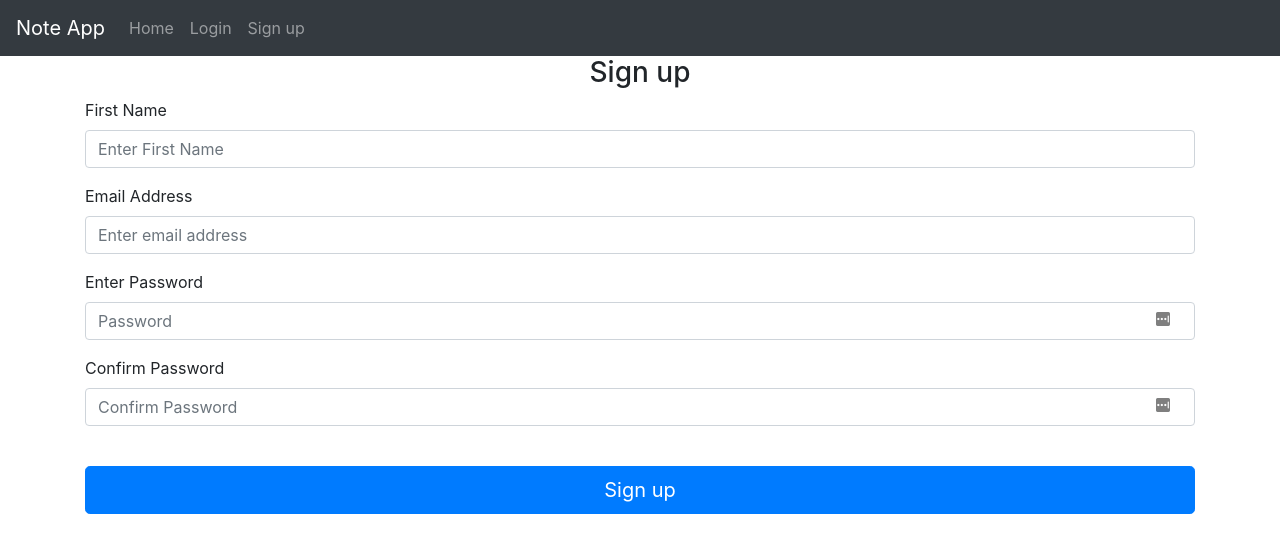
Repository: Anas-Alhariri/Python-NoteWebApplication
Page: website/templates/sign_up.html
An editor plug-in stored every save of this project. The page is shown before and after the next save, followed by the edit.
The browser window is 1280 px wide. The pictures show the whole page.
The template is drawn by Flask 3. The application's start-up code is not run. Other server files are loaded and not shown. The template is opened directly, without the code that normally fills it, so the values that code supplies are empty.

Above is the page before, as saved 2021-06-12 22:20:31.

### website/templates/sign_up.html
{% extends 'base.html' %}
{% block title %}Sign up Page
{% endblock %}
{% block content %}
    <from method="POST">
        <h3 align="center">Sign up</h3>
        <div class="form-group">
            <label for="firstName">First Name</label>
            <input type="text" id="firstName" class="form-control" name="firstName" placeholder="Enter First Name">
        </div>

        <div class="form-group">
            <label for="email">Email Address</label>
            <input type="email" id="email" class="form-control" name="email" placeholder="Enter email address">
        </div>

        <div class="form-group">
            <label for="password1">Enter Password</label>
            <label for="inputPassword" class="sr-only">Password</label>
            <input name="password1" type="password" id="inputPassword2" class="form-control" placeholder="Password" required="" autocomplete="off" style="background-image: url(&quot;data:[embedded picture, 452 characters]); background-repeat: no-repeat; background-attachment: scroll; background-size: 16px 18px; background-position: 98% 50%; cursor: pointer;">

        </div>
        <div class="form-group">
            <label for="password2">Confirm Password</label>
            <label for="inputPassword" class="sr-only">Password</label>
            <input name="password2" type="password" id="inputPassword2" class="form-control" placeholder="Confirm Password" required="" autocomplete="off" style="background-image: url(&quot;data:[embedded picture, 452 characters]); background-repeat: no-repeat; background-attachment: scroll; background-size: 16px 18px; background-position: 98% 50%; cursor: pointer;">

        </div>
        <br>
        <button class="btn btn-lg btn-primary btn-block" type="submit">Sign up</button>

    </form>


{% endblock %}

### website/templates/base.html
<!doctype html>
<html lang="en">
<head>
    <!-- Required meta tags -->
    <meta charset="utf-8">
    <meta name="viewport" content="width=device-width, initial-scale=1, shrink-to-fit=no">

    <!-- Bootstrap CSS -->
    <link rel="stylesheet" href="https://stackpath.bootstrapcdn.com/bootstrap/4.4.1/css/bootstrap.min.css" integrity="sha384-Vkoo8x4CGsO3+Hhxv8T/Q5PaXtkKtu6ug5TOeNV6gBiFeWPGFN9MuhOf23Q9Ifjh" crossorigin="anonymous">

    <title>{% block title %}Title Placeholder{% endblock %}</title>
</head>
<body>

    <!-- Navbar -->
    <nav class="navbar navbar-expand navbar-dark bg-dark">
        <a class="navbar-brand" href="http://127.0.0.1:5000/">Note App</a>
        <button class="navbar-toggler" type="button" data-toggle="collapse" data-target="#navbarsExample02" aria-controls="navbarsExample02" aria-expanded="false" aria-label="Toggle navigation">
            <span class="navbar-toggler-icon"></span>
        </button>

        <div class="collapse navbar-collapse" id="navbarsExample02">
            <ul class="navbar-nav mr-auto">
                <li class="nav-item">
                    <a class="nav-link" href="http://127.0.0.1:5000/">Home</a>
                </li>
                <li class="nav-item">
                    <a class="nav-link" href="http://127.0.0.1:5000/login">Login</a>
                </li>
                <li class="nav-item">
                    <a class="nav-link" href="http://127.0.0.1:5000/sign-up">Sign up</a>
                </li>
            </ul>
        </div>
    </nav>

    <div class="container">
        {% block content %}<h1>Content Placeholder</h1>{% endblock %}
    </div>
    <!-- Optional JavaScript -->
    <!-- jQuery first, then Popper.js, then Bootstrap JS -->
    <script src="https://code.jquery.com/jquery-3.4.1.slim.min.js" integrity="sha384-J6qa4849blE2+poT4WnyKhv5vZF5SrPo0iEjwBvKU7imGFAV0wwj1yYfoRSJoZ+n" crossorigin="anonymous"></script>
    <script src="https://cdn.jsdelivr.net/npm/popper.js@1.16.0/dist/umd/popper.min.js" integrity="sha384-Q6E9RHvbIyZFJoft+2mJbHaEWldlvI9IOYy5n3zV9zzTtmI3UksdQRVvoxMfooAo" crossorigin="anonymous"></script>
    <script src="https://stackpath.bootstrapcdn.com/bootstrap/4.4.1/js/bootstrap.min.js" integrity="sha384-wfSDF2E50Y2D1uUdj0O3uMBJnjuUD4Ih7YwaYd1iqfktj0Uod8GCExl3Og8ifwB6" crossorigin="anonymous"></script>
</body>
</html>

After the next save:
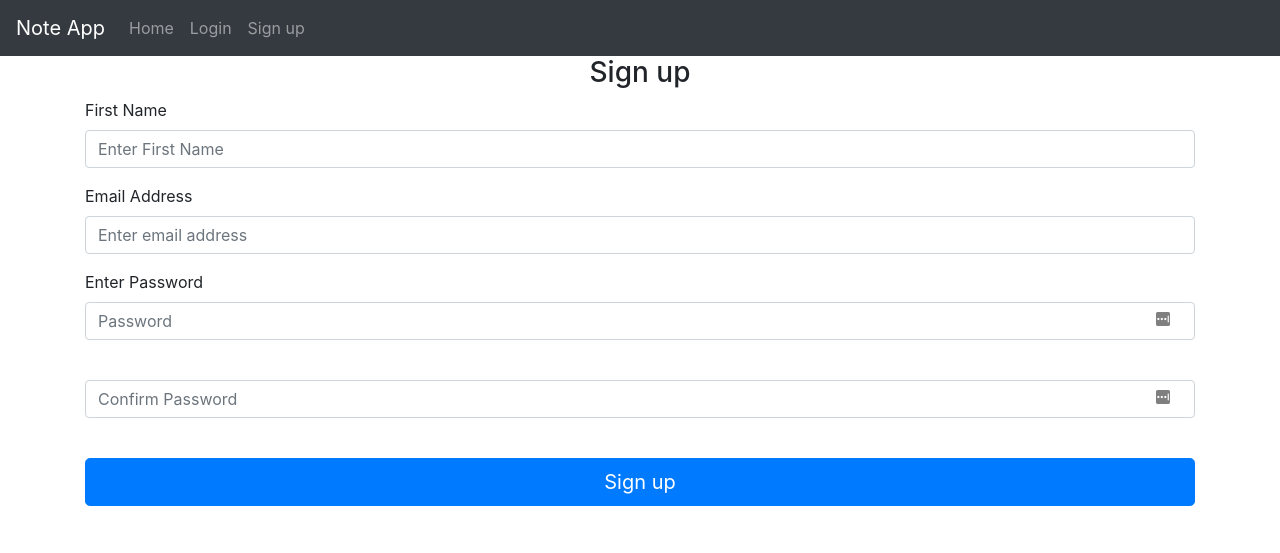
Saved 19 s later.
--- a/website/templates/sign_up.html
+++ b/website/templates/sign_up.html
@@ -21,7 +21,7 @@
 
         </div>
         <div class="form-group">
-            <label for="password2">Confirm Password</label>
+            <label for="password2"></label>
             <label for="inputPassword" class="sr-only">Password</label>
             <input name="password2" type="password" id="inputPassword2" class="form-control" placeholder="Confirm Password" required="" autocomplete="off" style="background-image: url(&quot;data:[embedded picture, 452 characters]); background-repeat: no-repeat; background-attachment: scroll; background-size: 16px 18px; background-position: 98% 50%; cursor: pointer;">
 
